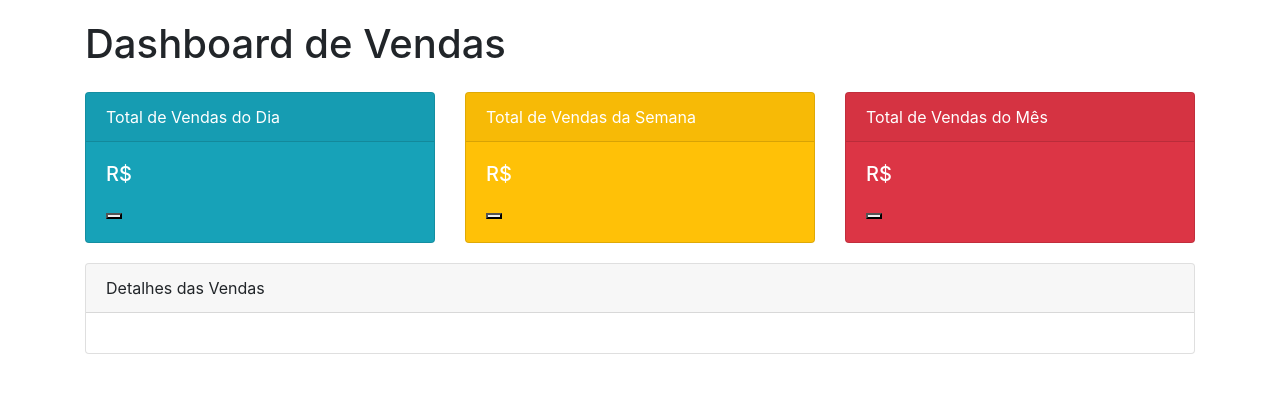
Repository: joaobatistafrontend/vendas_produto
Page: templates/dashboard.html
The author's editor kept a copy of each file at every save. The page is drawn from the files as they stood at one save, then again after a run of saves.
The browser window is 1280 px wide. The pictures show the whole page.
The template is drawn by Django 5.2. The application's start-up code is not run. Other server files are loaded and not shown. The template is opened directly, without the code that normally fills it, so the values that code supplies are empty.

Above is the page before, as saved 2024-08-04 16:01:02.

### templates/dashboard.html
<!DOCTYPE html>
<html lang="en">
<head>
    <meta charset="UTF-8">
    <meta name="viewport" content="width=device-width, initial-scale=1.0">
    <title>Dashboard de Vendas</title>
    <link rel="stylesheet" href="https://stackpath.bootstrapcdn.com/bootstrap/4.5.2/css/bootstrap.min.css">
    <style>
        body {
            padding: 20px;
        }
        .card {
            margin-bottom: 20px;
        }
    </style>
</head>
<body>
    <div class="container">
        <h1 class="mb-4">Dashboard de Vendas</h1>

        <div class="row">
            <!-- <div class="col-md-4">
                <div class="card text-white bg-primary">
                    <div class="card-header">Total de Vendas</div>
                    <div class="card-body">
                        <h5 class="card-title">R${{ total }}</h5>
                    </div>
                </div>
            </div> -->

            <div class="col-md-4">
                <div class="card text-white bg-info">
                    <div class="card-header">Total de Vendas do Dia</div>
                    <div class="card-body">
                        <h5 class="card-title">R${{ total_dia }}</h5>
                        <button></button>
                    </div>
                </div>
            </div>

            <div class="col-md-4">
                <div class="card text-white bg-warning">
                    <div class="card-header">Total de Vendas da Semana</div>
                    <div class="card-body">
                        <h5 class="card-title">R${{ total_semana }}</h5>
                        <button></button>
                    </div>
                </div>
            </div>

            <div class="col-md-4">
                <div class="card text-white bg-danger">
                    <div class="card-header">Total de Vendas do Mês</div>
                    <div class="card-body">
                        <h5 class="card-title">R${{ total_mes }}</h5>
                        <button></button>
                    </div>
                </div>
            </div>

            {% if mais_vendido %}
            <div class="col-md-8">
                <div class="card text-white bg-success">
                    <div class="card-header">Produto Mais Vendido</div>
                    <div class="card-body">
                        <h5 class="card-title">Produto: {{ mais_vendido.produto__nome_produto }}</h5>
                        <p class="card-text">Quantidade Vendida: {{ mais_vendido.total_vendido }}</p>
                        <p class="card-text">Total Arrecadado: R${{ mais_vendido.total_revenue }}</p>
                    </div>
                </div>
            </div>
            {% endif %}
        </div>

        <div class="card">
            <div class="card-header">Detalhes das Vendas</div>
            <div class="card-body">
                <ul class="list-group">
                    {% for venda in vendas %}
                        <li class="list-group-item">
                            {{ venda.produto.nome_produto }} - {{ venda.qtd }} unidades - Total: R${{ venda.total }} - Data: {{ venda.data_venda }}
                        </li>
                    {% endfor %}
                </ul>
            </div>
        </div>

        {% if vendas_mensais %}
        <div class="card mt-4">
            <div class="card-header">Vendas Mensais</div>
            <div class="card-body">
                <ul class="list-group">

                    {% for venda in vendas_mensais %}
                        <li class="list-group-item">
                            Mês: {{ venda.data_venda__month }}/{{ venda.data_venda__year }} - Total {{ venda.total_mensal }}
                        </li>
                    {% endfor %}
                </ul>
            </div>
        </div>
        {% endif %}




    </div>

    <script src="https://code.jquery.com/jquery-3.5.1.slim.min.js"></script>
    <script src="https://cdn.jsdelivr.net/npm/@popperjs/core@2.11.6/dist/umd/popper.min.js"></script>
    <script src="https://stackpath.bootstrapcdn.com/bootstrap/4.5.2/js/bootstrap.min.js"></script>
</body>
</html>

After the next 5 saves:
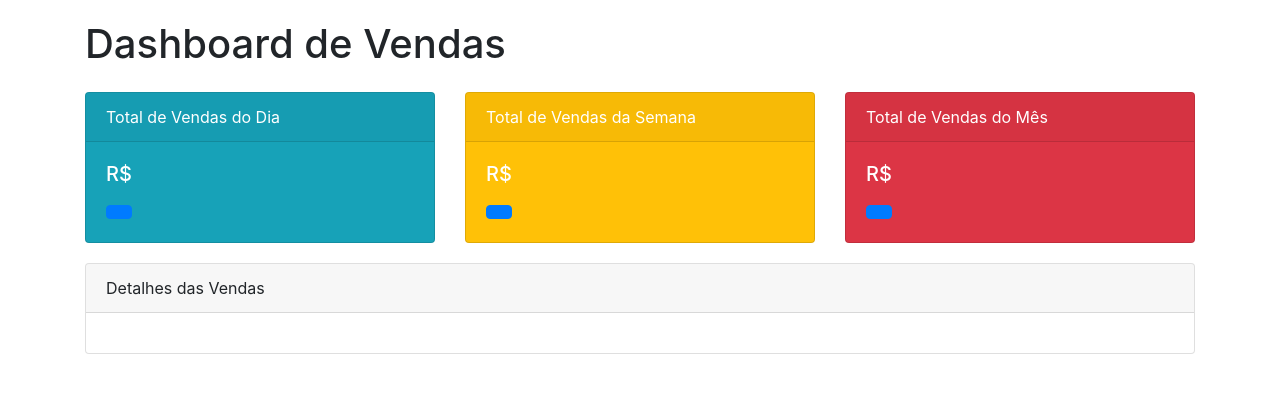
The 5 saves are shown as one change because they came seconds apart.
The last was saved 10 s later.
--- a/templates/dashboard.html
+++ b/templates/dashboard.html
@@ -33,7 +33,7 @@
                     <div class="card-header">Total de Vendas do Dia</div>
                     <div class="card-body">
                         <h5 class="card-title">R${{ total_dia }}</h5>
-                        <button></button>
+                        <button class="btn btn-primary"></button>
                     </div>
                 </div>
             </div>
@@ -43,7 +43,7 @@
                     <div class="card-header">Total de Vendas da Semana</div>
                     <div class="card-body">
                         <h5 class="card-title">R${{ total_semana }}</h5>
-                        <button></button>
+                        <button class="btn btn-primary"></button>
                     </div>
                 </div>
             </div>
@@ -53,7 +53,7 @@
                     <div class="card-header">Total de Vendas do Mês</div>
                     <div class="card-body">
                         <h5 class="card-title">R${{ total_mes }}</h5>
-                        <button></button>
+                        <button class="btn btn-primary"></button>
                     </div>
                 </div>
             </div>
